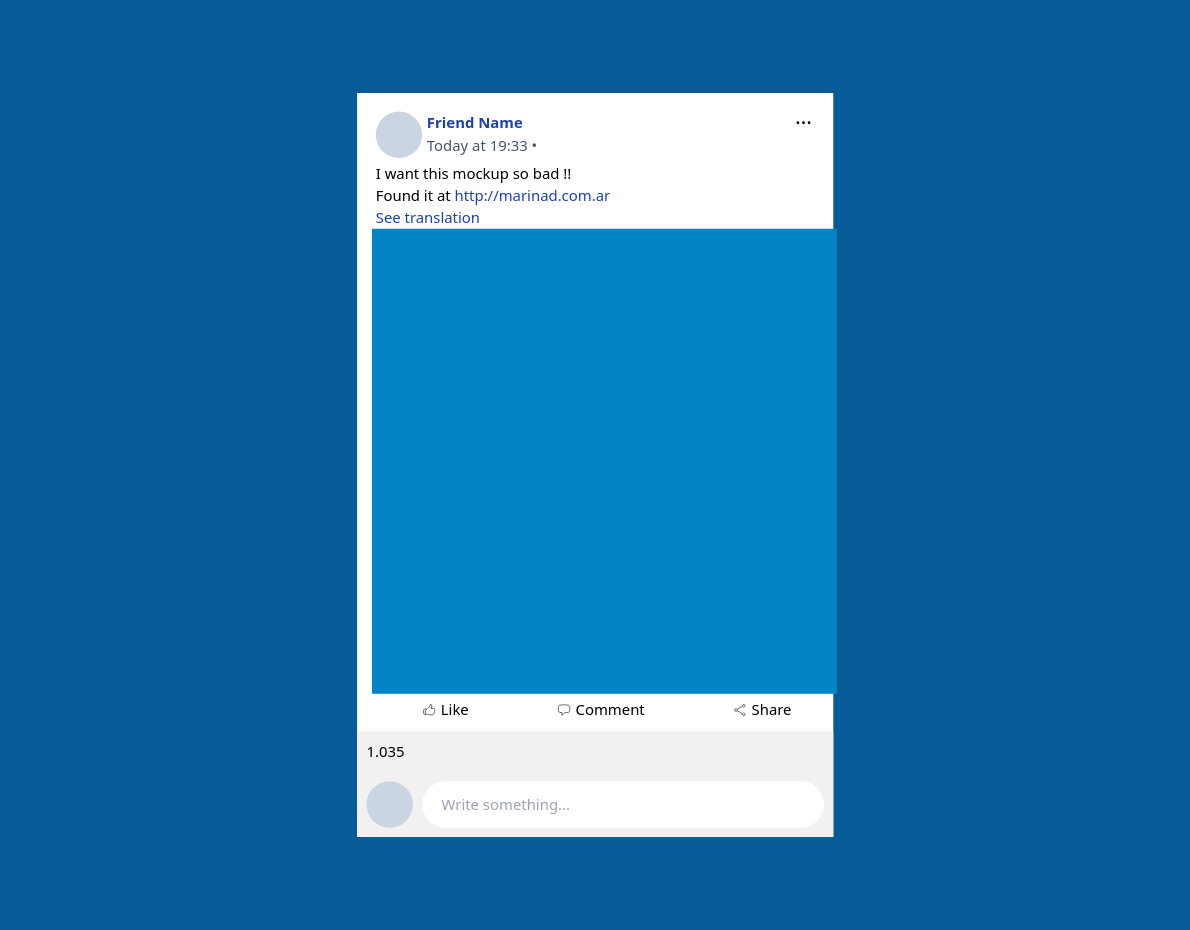
Repository: Sarah7223/internet-programming-tp
Page: TP2/TP02.1.html
The author's editor kept a copy of each file at every save. The page is drawn from the files as they stood at one save, then again after the next save.
The browser window is 1280 px wide. The pictures show the whole page, at 93% of full size.
Some web libraries are served in a nearby version.

Above is the page before, as saved 2023-01-13 10:29:02.

### TP2/TP02.1.html
<html>

<head>
    <style>
        .background {
            display: flex;
            width: 100%;
            height: 1000px;
            background-color: #075B96;
            justify-content: center;
            align-items: center;


            /*
                    #779BE7
                    */
        }

        .whitebox {
            display: flex;
            background-color: white;
            width: 40%;
            height: 800px;
            flex-wrap: nowrap;

            flex-direction: column;
            justify-content: flex-start;
            align-items: center;


        }

        .firstLine {
            width: 100%;
            height: 100px;
            display: flex;
            flex-wrap: nowrap;
            flex-direction: row;
            padding: 20px;
            padding-bottom: 0px;
            justify-content: space-between;
            align-items: flex-start;
        }

        .circle {
            display: flex;
            width: 50px;
            height: 50px;

        }

        .first-name {
            display: flex;
        }

        .hour {
            display: flex;
        }

        .more {
            display: flex;
        }

        .left-part {
            display: flex;
        }

        .text1 {
            display: flex;
            flex-direction: column;
            margin-left: 5px;

        }

        .post-line {
            display: flex;

        }

        .post {
            width: 100%;
            height: 700px;
            display: flex;
            flex-direction: column;
            padding-left: 20px;

        }

        .carre {
            height: 500px;
            width: 500px;
            align-self: center;
        }

        .reaction {
            width: 100%;
            display: flex;
            flex-direction: row;
            justify-content: space-around;
            padding-bottom: 10px;

        }

        .reactionBox {
            padding-top: 5px;
            display: flex;
        }

        .emoticon {
            height: 25;
            padding: 5px;
        }
        .recationLine{
            padding: 10px;
        }

        .grey-box {
            display: flex;
            height: 150px;
            width: 100%;
            background-color: rgb(242, 240, 240);
            align-self: flex-end;
            left:-20px;
            flex-direction: column;

        }
        .lastLine{
            padding:10px;
            display: flex;
            flex-direction: row;
        }
        .in{
            margin-left:10px;
            width: 90%;
            background-color: none;
            border-radius:30px;
        }
    </style>
</head>

<body>
    <script src="https://cdn.tailwindcss.com"></script>
    <div class="background">
        <div class="whitebox">
            <div class="firstLine">
                <div class="left-part">
                    <div class="bg-slate-300 aspect-square rounded-full circle"></div>
                    <div class="text1">
                        <div class="text-blue-800 font-bold first-name">Friend Name</div>
                        <div class="text-slate-600  hour">Today at 19:33 • </div>
                    </div>

                </div>

                <div class="more">
                    <svg xmlns="http://www.w3.org/2000/svg" fill="none" viewBox="0 0 24 24" stroke-width="1.5"
                        stroke="currentColor" class="w-6 h-6">
                        <path stroke-linecap="round" stroke-linejoin="round"
                            d="M6.75 12a.75.75 0 11-1.5 0 .75.75 0 011.5 0zM12.75 12a.75.75 0 11-1.5 0 .75.75 0 011.5 0zM18.75 12a.75.75 0 11-1.5 0 .75.75 0 011.5 0z" />
                    </svg>
                </div>

            </div>
            <div class="post">
                <div class="post-line"> I want this mockup so bad !! </div>
                <span>Found it at
                    <a class="text-blue-800" href="http://marinad.com.ar">http://marinad.com.ar</a></span>
                <div class="text-blue-800"> See translation </div>
                <div class="carre">
                    <div class="bg-sky-600 aspect-square"></div>
                </div>
                <!--3 emoticons, vertically aligns -->
                <div class="reaction">
                    <div class="reactionBox">
                        <svg class="emoticon" xmlns="http://www.w3.org/2000/svg" fill="none" viewBox="0 0 24 24"
                            strokeWidth={1.5} stroke="currentColor" className="w-6 h-6">
                            <path strokeLinecap="round" strokeLinejoin="round"
                                d="M6.633 10.5c.806 0 1.533-.446 2.031-1.08a9.041 9.041 0 012.861-2.4c.723-.384 1.35-.956 1.653-1.715a4.498 4.498 0 00.322-1.672V3a.75.75 0 01.75-.75A2.25 2.25 0 0116.5 4.5c0 1.152-.26 2.243-.723 3.218-.266.558.107 1.282.725 1.282h3.126c1.026 0 1.945.694 2.054 1.715.045.422.068.85.068 1.285a11.95 11.95 0 01-2.649 7.521c-.388.482-.987.729-1.605.729H13.48c-.483 0-.964-.078-1.423-.23l-3.114-1.04a4.501 4.501 0 00-1.423-.23H5.904M14.25 9h2.25M5.904 18.75c.083.205.173.405.27.602.197.4-.078.898-.523.898h-.908c-.889 0-1.713-.518-1.972-1.368a12 12 0 01-.521-3.507c0-1.553.295-3.036.831-4.398C3.387 10.203 4.167 9.75 5 9.75h1.053c.472 0 .745.556.5.96a8.958 8.958 0 00-1.302 4.665c0 1.194.232 2.333.654 3.375z" />
                        </svg>

                        Like
                    </div>
                    <div class="reactionBox">
                        <svg class="emoticon" xmlns="http://www.w3.org/2000/svg" fill="none" viewBox="0 0 24 24"
                            strokeWidth={1.5} stroke="currentColor" className="w-6 h-6">
                            <path strokeLinecap="round" strokeLinejoin="round"
                                d="M2.25 12.76c0 1.6 1.123 2.994 2.707 3.227 1.087.16 2.185.283 3.293.369V21l4.076-4.076a1.526 1.526 0 011.037-.443 48.282 48.282 0 005.68-.494c1.584-.233 2.707-1.626 2.707-3.228V6.741c0-1.602-1.123-2.995-2.707-3.228A48.394 48.394 0 0012 3c-2.392 0-4.744.175-7.043.513C3.373 3.746 2.25 5.14 2.25 6.741v6.018z" />
                        </svg>

                        Comment
                    </div>
                    <div class="reactionBox">
                        <svg class="emoticon" xmlns="http://www.w3.org/2000/svg" fill="none" viewBox="0 0 24 24"
                            strokeWidth={1.5} stroke="currentColor" className="w-6 h-6">
                            <path strokeLinecap="round" strokeLinejoin="round"
                                d="M7.217 10.907a2.25 2.25 0 100 2.186m0-2.186c.18.324.283.696.283 1.093s-.103.77-.283 1.093m0-2.186l9.566-5.314m-9.566 7.5l9.566 5.314m0 0a2.25 2.25 0 103.935 2.186 2.25 2.25 0 00-3.935-2.186zm0-12.814a2.25 2.25 0 103.933-2.185 2.25 2.25 0 00-3.933 2.185z" />
                        </svg>

                        Share
                    </div>
                </div>


            </div>
            <div class="grey-box">
                <div class="recationLine">

                    1.035
                </div>
                <div class="lastLine">
                    <div class="bg-slate-300 aspect-square rounded-full  circle"> </div>
                    <input class="in" type="text" placeholder="     Write something..."/>
                </div>

            </div>


        </div>


    </div>

    </div>
</body>

</html>

After the next save:
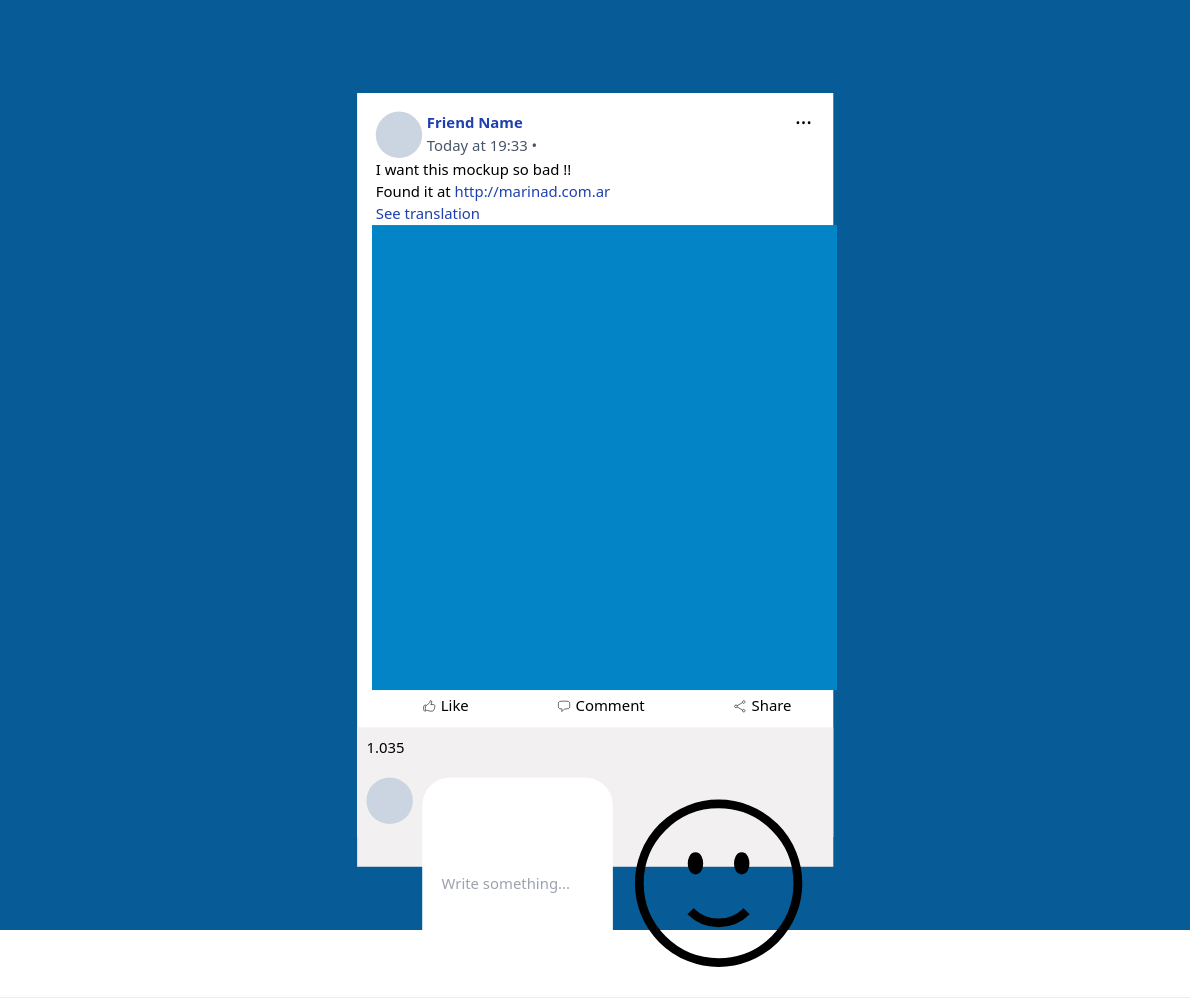
Saved 48 s later.
--- a/TP2/TP02.1.html
+++ b/TP2/TP02.1.html
@@ -210,6 +210,10 @@
                 <div class="lastLine">
                     <div class="bg-slate-300 aspect-square rounded-full  circle"> </div>
                     <input class="in" type="text" placeholder="     Write something..."/>
+                    <svg xmlns="http://www.w3.org/2000/svg" fill="none" viewBox="0 0 24 24" strokeWidth={1.5} stroke="currentColor" className="w-6 h-6">
+                        <path strokeLinecap="round" strokeLinejoin="round" d="M15.182 15.182a4.5 4.5 0 01-6.364 0M21 12a9 9 0 11-18 0 9 9 0 0118 0zM9.75 9.75c0 .414-.168.75-.375.75S9 10.164 9 9.75 9.168 9 9.375 9s.375.336.375.75zm-.375 0h.008v.015h-.008V9.75zm5.625 0c0 .414-.168.75-.375.75s-.375-.336-.375-.75.168-.75.375-.75.375.336.375.75zm-.375 0h.008v.015h-.008V9.75z" />
+                      </svg>
+
                 </div>
 
             </div>

After the save that followed:
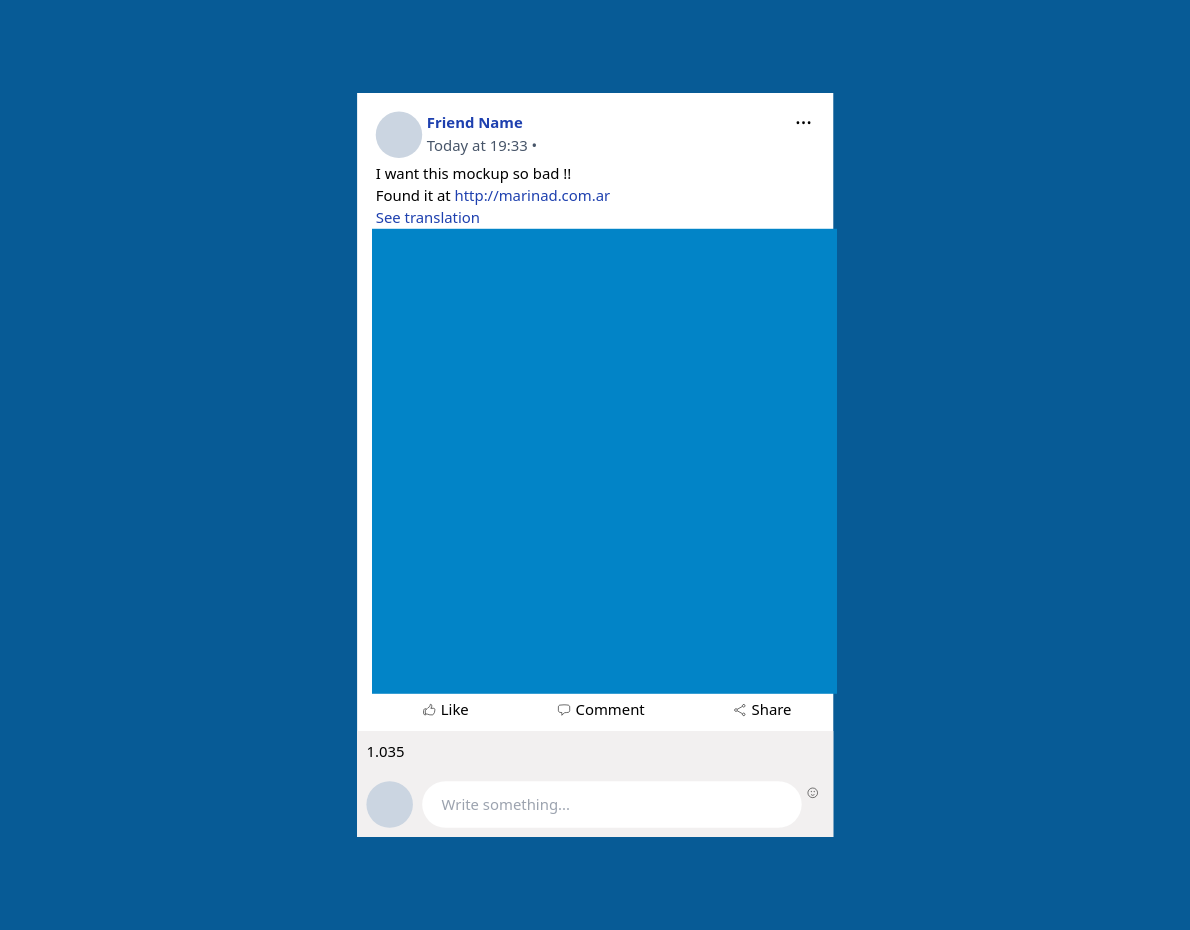
Saved 34 s later.
--- a/TP2/TP02.1.html
+++ b/TP2/TP02.1.html
@@ -210,7 +210,8 @@
                 <div class="lastLine">
                     <div class="bg-slate-300 aspect-square rounded-full  circle"> </div>
                     <input class="in" type="text" placeholder="     Write something..."/>
-                    <svg xmlns="http://www.w3.org/2000/svg" fill="none" viewBox="0 0 24 24" strokeWidth={1.5} stroke="currentColor" className="w-6 h-6">
+
+                    <svg class="emoticon" xmlns="http://www.w3.org/2000/svg" fill="none" viewBox="0 0 24 24" strokeWidth={1.5} stroke="currentColor" className="w-6 h-6">
                         <path strokeLinecap="round" strokeLinejoin="round" d="M15.182 15.182a4.5 4.5 0 01-6.364 0M21 12a9 9 0 11-18 0 9 9 0 0118 0zM9.75 9.75c0 .414-.168.75-.375.75S9 10.164 9 9.75 9.168 9 9.375 9s.375.336.375.75zm-.375 0h.008v.015h-.008V9.75zm5.625 0c0 .414-.168.75-.375.75s-.375-.336-.375-.75.168-.75.375-.75.375.336.375.75zm-.375 0h.008v.015h-.008V9.75z" />
                       </svg>
 
